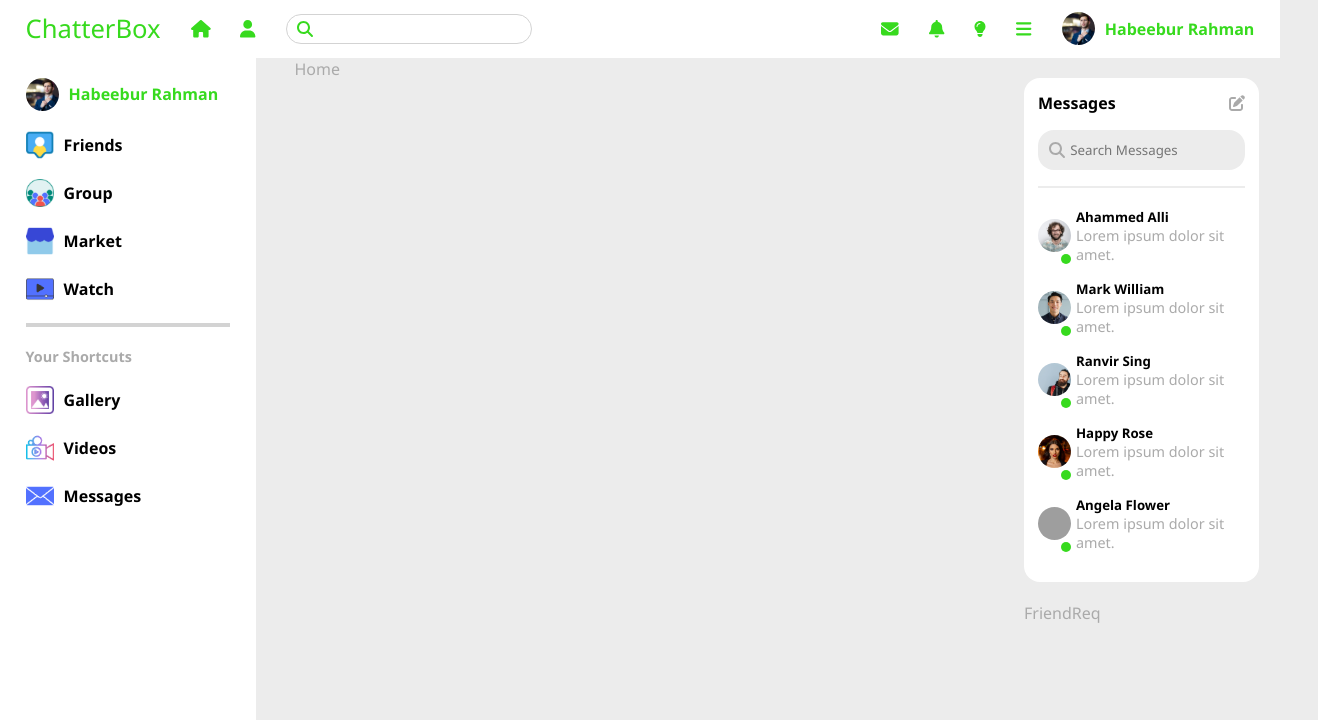
Repository: Habeebur1493/social-media-app
Page: /
An editor plug-in stored every save of this project. The page is shown before and after a run of saves, followed by the edit.
The browser window is 1280 px wide. The page is 1318 px wide, so the pictures cover 1318 px, including what lies to the right of the window. The pictures show the whole page.
Pictures or frames that could not be fetched are drawn as grey boxes. The project was rebuilt for these pictures with package versions that can differ from the ones it lists, and the page was loaded fresh each time. Also part of the build but not shown: vite.config.js, src/pages/login/login.css, src/pages/login/Login.jsx, src/pages/signup/signup.css, src/pages/signup/Signup.jsx, src/pages/profile/Profile.jsx, src/pages/chatbox/Chatbox.jsx, src/components/friendReq/friendreq.css.

Above is the page before, as saved 2025-01-29 12:14:20.

### src/App.jsx
import './App.css'
import Layout from './Layout/layout'

function App() {

  return (
    <>
      <Layout />

    </>
  )
}

export default App

### src/App.css
*{
  margin: 0;
  padding: 0;
  box-sizing: border-box;
  text-align: none;
  list-style: none;
  font-family: 'Segoe UI', Tahoma, Geneva, Verdana, sans-serif;
  text-decoration: none;
  outline: none;
  border: none;
}

:root{
  --color-primary:#37da1e;
  --text-color: black;
  --color-bg:rgb(236, 236, 236);
  --color-card: white;
  --color-soft:#aaaaaa;
  --color-border:lightgray;
  --color-red:red;
}

.darkmode{
  --text-color: white;
  --color-bg:black;
  --color-card:#111111;

}

body{
  overflow-x: hidden;
}

.container{
  max-width: 991px;
  width: 100%;
  margin: 0 auto;
}
h1,h2,h3,h4,h5{
  font-weight: 600;
  color: var(--text-color);
}
img{
  width: 100%;
  display: block;
  object-fit: cover;
}
.user{
  display: flex;
  align-items: center;
  gap: 10px;
}
.user img{
  width: 33px;
  aspect-ratio: 1/1;
  border-radius: 50%;
}
.user h4{
  color: var(--color-primary)
}
body{
  background: var(--color-bg);
  color: var(--color-soft);
}
small,p{
  color: var(--color-soft);
}
.btn{
  padding: .6rem 1.6rem;
  display: inline-block;
  width: fit-content;
  cursor: pointer;
  border-radius: .5rem;
  font-size: .9rem;
  font-weight: 500;
  border: none;
  transition: .3s ease;

}
.btn:hover{
  opacity: .7;
}
.btn-primary{
  background: var(--color-primary);
  color: white;
}

.btn-red{
  background: var(--color-red);
  color: white;
}

main{
  display: grid;
  grid-template-columns: 20% 54% 23%;
  gap: 3%;
  width: 100%;
}

### src/Layout/layout.jsx
import React from 'react'

import { createBrowserRouter, Outlet, RouterProvider } from 'react-router-dom'

//Pages.....
import Login from '../pages/login/Login'
import Signup from '../pages/signup/Signup'
import Home from '../pages/home/Home'
import Profile from '../pages/profile/Profile'
import Chatbox from '../pages/chatbox/Chatbox'


//Components.....
import Nav from '../components/nav/Nav'
import LeftBar from '../components/leftbar/LeftBar'
import RightBar from '../components/rightbar/RightBar'

export default function layout() {

//Feed..........
const Feed = () => {
    return (
        <>
        <Nav/>
            <main>
                <LeftBar/>
                <div className="container">
                    <Outlet/>
                </div>
                <RightBar/>
            </main>
        </>
    )
}


    //Router..........
    const router = createBrowserRouter([
        {
            path : '/',
            element : <Feed/>,
            children: [
                {
                    path : '/',
                    element :<Home/>
                },
                {
                    path : '/profile/:id',
                    element :<Profile/>
                },
                {
                    path : '/chatbox/:id',
                    element :<Chatbox/>
                },
               ]
        },

        {
            path : '/login',
            element : <Login/>
        },
        {
            path : '/signup',
            element : <Signup/>
        },
    ])


    return (
        <>
            <RouterProvider router={router} />
        </>
    )
}

### src/pages/home/Home.jsx
import React from 'react'

export default function Home(){
  return (
    <div>
        Home
    </div>
  )
}

### src/components/nav/Nav.jsx
import React from 'react'
import './nav.css'
import { Link } from 'react-router-dom'

//Fake API............

import CurrentUser from '../../FackApis/CurrentUserData'

//Components............

import Darkmode from '../darkmod/Darkmode'

// FontAwesome Icons............
import { FontAwesomeIcon } from '@fortawesome/react-fontawesome'
import { faSearch, faHome, faUser, faEnvelope, faBell, faBars } from '@fortawesome/free-solid-svg-icons'


export default function Nav() {
  return (
    <nav>
      <div className="nav-container">
        {/* ............Nav Left........ */}
        <div className="nav-left">
          <Link to='/'>
            <h3 className='logo'>ChatterBox</h3>
          </Link>
          <Link to='/'>
            <FontAwesomeIcon icon={faHome}/>
          </Link>
          <Link to='/profile/id'>
            <FontAwesomeIcon icon={faUser}/>
          </Link>
          <div className="Nav-Searchbar">
            <FontAwesomeIcon icon={faSearch}/>
            <input type="search" />
          </div>
        </div>
{/* ............Nav Right........ */}
        <div className="nav-right">
          <Link to='/chatbox/id'>
            <FontAwesomeIcon icon={faEnvelope}/>
          </Link>
          <Link to='/'>
            <FontAwesomeIcon icon={faBell}/>
          </Link>
          <Darkmode/>
          <Link to='/'>
            <FontAwesomeIcon icon={faBars}/>
          </Link>
          <div className="user">
            <img src={CurrentUser.map(user => (user.ProfieImage))} alt="" />
            <h4>Habeebur Rahman</h4>
          </div>
        </div>
      </div>
    </nav>
  )
}

### src/components/leftbar/LeftBar.jsx
import React from 'react'
import './leftbar.css'
import { Link } from 'react-router-dom'


//Components.......
import CurrentUser from '../../FackApis/CurrentUserData'

//Icon Image......
import Friend from '../../assets/icon/1.png'
import Group from '../../assets/icon/2.png'
import Market from '../../assets/icon/3.png'
import Watch from '../../assets/icon/4.png'
import Gallery from '../../assets/icon/5.png'
import Videos from '../../assets/icon/6.png'
import Messages from '../../assets/icon/7.png'

export default function LeftBar() {
  return (
    <div className='leftbar'>
      <div className="left-container">
        <div className="menu">
          <Link to='/profile/id'>
          <div className="user">
            <img src={CurrentUser.map(user=>(user.ProfieImage))} alt="" />
            <h4>Habeebur Rahman</h4>
          </div>
          </Link>
          <Link to='/'>
          <div className="item">
            <img src={Friend} alt="" />
            <h4>Friends</h4>
          </div>
          </Link>
          <Link to='/'>
          <div className="item">
            <img src={Group} alt="" />
            <h4>Group</h4>
          </div>
          </Link>
          <Link to='/'>
          <div className="item">
            <img src={Market} alt="" />
            <h4>Market</h4>
          </div>
          </Link>
          <Link to='/'>
          <div className="item">
            <img src={Watch} alt="" />
            <h4>Watch</h4>
          </div>
          </Link>

        </div>
          <hr />
        <div className="menu">
          <h4 className='others'>Your Shortcuts</h4>
          <Link to='/'>
          <div className="item">
            <img src={Gallery} alt="" />
            <h4>Gallery</h4>
          </div>
          </Link>
          <Link to='/'>
          <div className="item">
            <img src={Videos} alt="" />
            <h4>Videos</h4>
          </div>
          </Link>
          <Link to='/'>
          <div className="item">
            <img src={Messages} alt="" />
            <h4>Messages</h4>
          </div>
          </Link>
        </div>
      </div>
    </div>
  )
}

### src/components/rightbar/RightBar.jsx
import React from 'react'
import './rightbar.css'

//Components.......
import Message from '../message/Message'
import FriendReq from '../friendReq/FriendReq'


export default function RightBar() {
  return (
    <div className='rightbar'>
      <div className="rightbar-container">
        <Message/>
        <FriendReq/>
      </div>
    </div>
  )
}

### src/components/nav/nav.css
nav{
    height: 3.6rem;
    display: flex;
    align-items: center;
    justify-content: center;
    border-bottom: 1px solid var (--color-border);
    color: var(--color-primary);
    position: sticky;
    z-index: 10;
    background: var(--color-card);
    top: 0;
}

.nav-container{
    width: 96%;
    display: flex;
    align-items: center;
    justify-content: space-between;
}
.nav-container a{
    color: var(--color-primary);
    font-size: 1.1rem;
}
.nav-left{
    display: flex;
    align-items: center;
    gap: 30px
}

.logo{
    color: var(--color-primary);
    font-size: 1.6rem;
    font-weight: 400;
}

.Nav-Searchbar{
    display: flex;
    align-items: center;
    gap: 10px;
    border: 1px solid var(--color-border);
    border-radius: 2rem;
    padding: 5px 10px;
}

.Nav-Searchbar input{
    background: transparent;
    color: var(--color-primary);
}
.nav-right{
    display: flex;
    align-items: center;
    gap: 30px;
}

/* Media Queries */

@media(max-width: 768px) {
     nav .user{
        display: none;
     }
     .nav-container a{
        font-size: 1rem;
     }
     .nav-container .logo{
        font-size: 1.3rem;
     }
     .Nav-Searchbar{
        border: none;
        padding: 0;
     }
     .Nav-Searchbar input{
        display: none;
     }
     .nav-left, .nav-right{
        gap: 20px;
     }
}

### src/FackApis/CurrentUserData.js

import ProfieImage from '../assets/img/CurentProfile.jpeg';
import CoverPhoto from '../assets/img/CoverPhotos.jpg';

const CurrentUser = [
    {
        id: 'me',
        name : 'Habeebur Rahman',
        username: '@theHabeebur',
        ProfieImage: ProfieImage,
        CoverPhoto: CoverPhoto
    }
];

export default CurrentUser;

### src/components/darkmod/Darkmode.jsx
import React from 'react'
import './darkmode.css'


// FontAwesome Icon........


import { FontAwesomeIcon } from '@fortawesome/react-fontawesome'
import { faLightbulb } from '@fortawesome/free-solid-svg-icons'

export default function Darkmode() {

  const Darkmode = () => {
    document.querySelector('body').classList.toggle('darkmode');
  }
  return (
    <div className='dark-mood-icon'>
        <FontAwesomeIcon icon={faLightbulb}
        onClick={Darkmode} />
    </div>
  )
}

### src/components/leftbar/leftbar.css
.leftbar{
    position: sticky;
    top: 3.6rem;
    background: var(--color-card);
    height: calc(100vh -3.6rem);
    overflow: auto;
}
.leftbar::-webkit-scrollbar{
    display: none;
}
.left-container{
    width: 80%;
    margin: 0 auto;
}
.left-container .user{
    margin-top: 20px;
}

.left-container .item{
    display: flex;
    align-items: center;
    gap: 10px;
    margin: 20px 0;
}
.left-container .item img{
    width: 28px;
}

hr{
    background: var(--color-border);
    border: none;
    height: 4px;
    margin-bottom: 20px;
}
.others{
    color: var(--color-soft);
    font-size: .9rem;
}

/* Media Quries */

@media (max-width: 1024px){
    .left-container{
        width: fit-content;
    }
    .left-container h4{
        display: none;
    }
}

@media (max-width:991px){
    .leftbar{
        display: none;
    }
}

### src/components/rightbar/rightbar.css
.rightbar{
    height: calc(100vh - 3.6rem);
    /* background: var(--color-card); */
    position: sticky;
    top: 3.6rem;
    overflow: auto;
}

.rightbar::-webkit-scrollbar{
    display: none;
}
.rightbar-container{
    width: 80%;
}

### src/components/message/Message.jsx
import React from 'react'
import { Link } from 'react-router-dom'

import './message.css'

//Fack Api.............

import MessageData from '../../FackApis/MessageData'

// Font Awesome Icons............

import { FontAwesomeIcon } from '@fortawesome/react-fontawesome'
import { faSearch, faHome, faUser, faEnvelope, faBell, faBars, faEdit } from '@fortawesome/free-solid-svg-icons'

export default function Message() {
  return (
    <div className='messages'>
      <div className="message-top">
        <h4>Messages</h4>
        <FontAwesomeIcon icon={faEdit}/>
      </div>
      <div className="message-search">
        <FontAwesomeIcon icon={faSearch}/>
        <input type="search" placeholder='Search Messages'/>
      </div>
      <div className="border-div"></div>

      {
        MessageData.map((message) => (
          <Link to='/chatbox/id'>
            <div className="message" key={message.id}>
              <div className="user">
                <img src={message.img} alt="" />
                <div className="green-active"></div>
              </div>
              <div className="message-body">
                <h5>{message.name}</h5>
                <p>{message.mText}</p>
              </div>
            </div>
          </Link>
        ))
      }
    </div>
  )
}

### src/components/friendReq/FriendReq.jsx
import React from 'react'

import './friendReq.css'

export default function FriendReq() {
  return (
    <div>FriendReq</div>
  )
}

### src/components/darkmod/darkmode.css
.dark-mood-icon:{
    transition: .3s ease;
}

.dark-mood-icon:hover{
    transform: scale(1.2);

}

### src/components/message/message.css
.messages{
    background: var(--color-card);
    margin: 20px auto;
    border-radius: 1rem;
    padding: 14px;
}

.message-top{
    display: flex;
    align-items: center;
    justify-content: space-between;
    margin-bottom: 1rem;
}

.message-search{
    background: var(--color-bg);
    display: flex;
    gap: 5px;
    align-items: center;
    border-radius: 1rem;
    padding: .7rem;
    margin-bottom: 1rem;
}

.message-search input{
    background: transparent;
    color: var(--text-color);
}

.border-div{
    width: 100%;
    height: .1rem;
    background: var(--color-bg);
    margin-bottom: 20px;
}
.message{
    display: flex;
    gap: 5px;
    margin-bottom: 1rem ;
}

.message .user{
    position: relative;
}
.green-active{
    height: 10px;
    width: 10px;
    background: var(--color-primary);
    position: absolute;
    bottom: 0;
    right: 0;
    border-radius: 50%;
}
.message p{
    font-size: .9rem;
}

### src/FackApis/MessageData.js

import MeessageImage1 from '../assets/img/MessageProfile1.png'
import MeessageImage2 from '../assets/img/MessageProfile2.jpg'
import MeessageImage3 from '../assets/img/MessageProfile4.jpg'
import MeessageImage4 from '../assets/img/MessageProfile5.jpg'
import MeessageImage5 from '../assets/img/MessageProfile6.jpg'


const Messages =[
    {
        id: 1,
        name: 'Ahammed Alli',
        img: MeessageImage1,
        mText: 'Lorem ipsum dolor sit amet.'
    },
    {
        id: 2,
        name: 'Mark William',
        img: MeessageImage2,
        mText: 'Lorem ipsum dolor sit amet.'
    },
    {
        id: 3,
        name: 'Ranvir Sing',
        img: MeessageImage3,
        mText: 'Lorem ipsum dolor sit amet.'
    },
    {
        id: 4,
        name: 'Happy Rose',
        img: MeessageImage4,
        mText: 'Lorem ipsum dolor sit amet.'
    },
    {
        id: 5,
        name: 'Angela Flower',
        img: MeessageImage5,
        mText: 'Lorem ipsum dolor sit amet.'
    },
];


export default Messages;

### src/FackApis/FriendReqData.js

import FirendImage1 from '../assets/img/FirendReq1.jpg'
import FirendImage2 from '../assets/img/FirendReq1.webp'
import FirendImage3 from '../assets/img/FirendReq2.jpg'
import FirendImage4 from '../assets/img/FirendReq3.jpg'


const Firends =[
    {
        id: 1,
        name: 'Anna Loise',
        img: FirendImage1,
        info: ' 4 mutual Following',
    },
    {
        id: 2,
        name: 'Eva Gacorai',
        img: FirendImage2,
        info: ' 4 mutual Following',
    },
    {
        id: 3,
        name: 'Anny Joly',
        img: FirendImage3,
        info: ' 4 mutual Following',
    },
    {
        id: 4,
        name: 'Prince Adam',
        img: FirendImage4,
        info: ' 4 mutual Following',
    },
];



export default Firends;

Loaded but not shown: index.html (common file); src/main.jsx (common file)

After the next 2 saves:
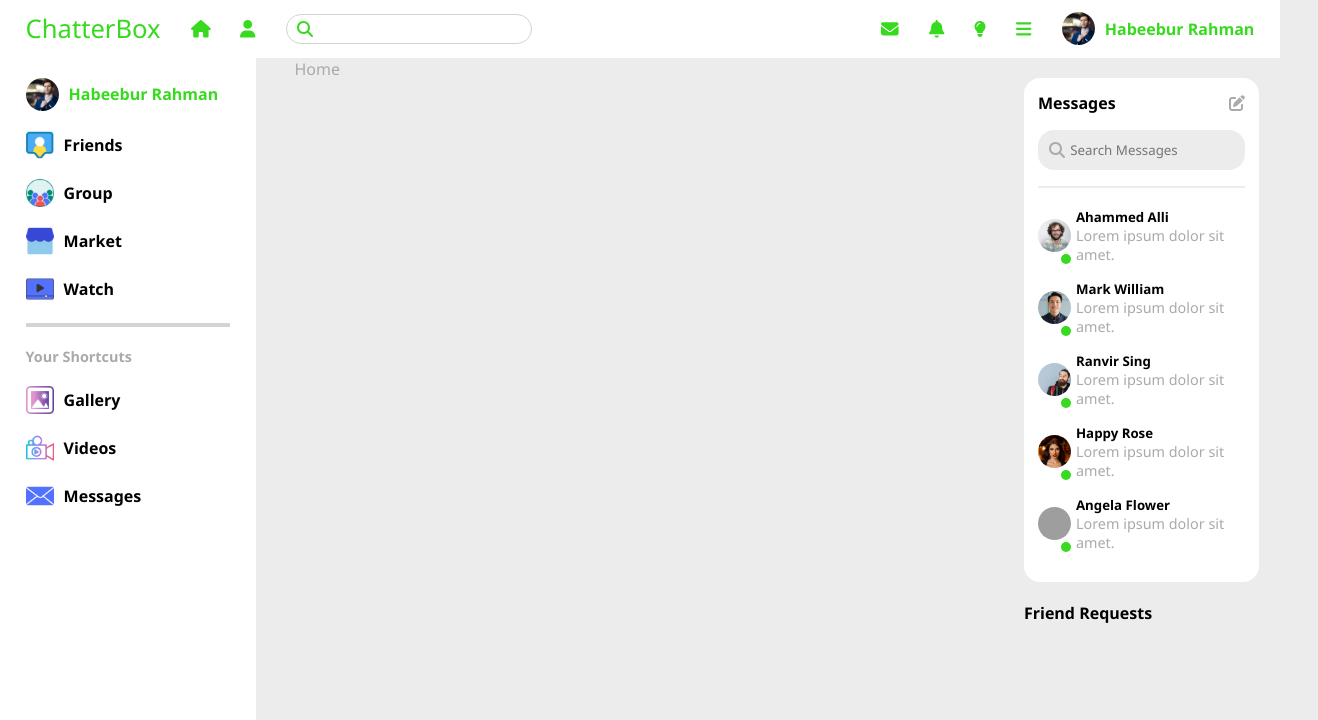
The 2 saves are shown as one change because 1 did not build or start.
The last was saved 4 min 46 s later.
--- a/src/components/friendReq/FriendReq.jsx
+++ b/src/components/friendReq/FriendReq.jsx
@@ -1,9 +1,26 @@
 import React from 'react'
 
 import './friendReq.css'
+import { Link } from 'react-router-dom'
+
+//Fack Api.............
+
+import FriendReqData from '../../FackApis/FriendReqData'
 
 export default function FriendReq() {
   return (
-    <div>FriendReq</div>
+    <div className='Friend-Requests'>
+      <h4>Friend Requests</h4>
+
+      {
+        FriendReqData.map(friend => (
+          <div className="request">
+            <Link to='/profile/id'>
+              <div className="info"></div>
+            </Link>
+          </div>
+        ))
+      }
+    </div>
   )
 }
